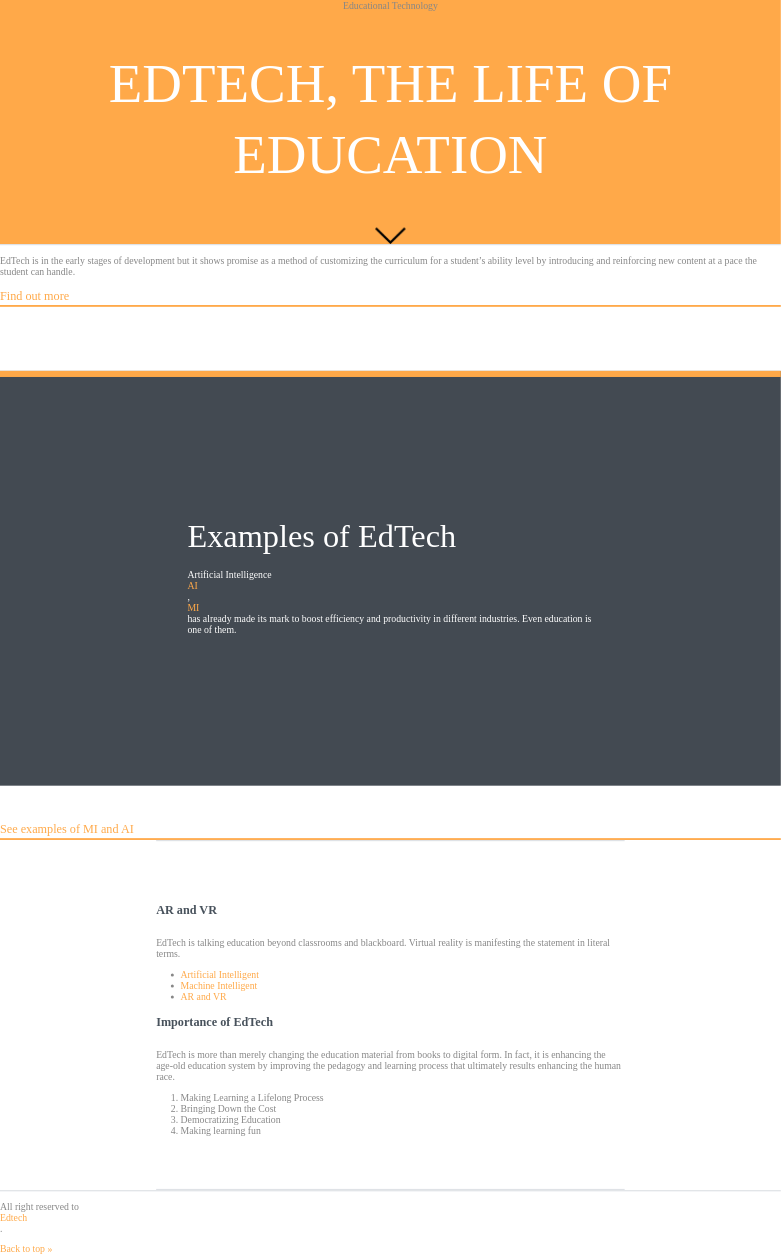
Repository: tunmishyi/edtech
Page: index.html
These files come from the project's save history. The page is drawn as it stood at one moment and after the next save; the edit follows.
The browser window is 1280 px wide. The pictures show the whole page, at 61% of full size.

Above is the page before, as saved 2020-06-12 01:56:43.

After the next save:
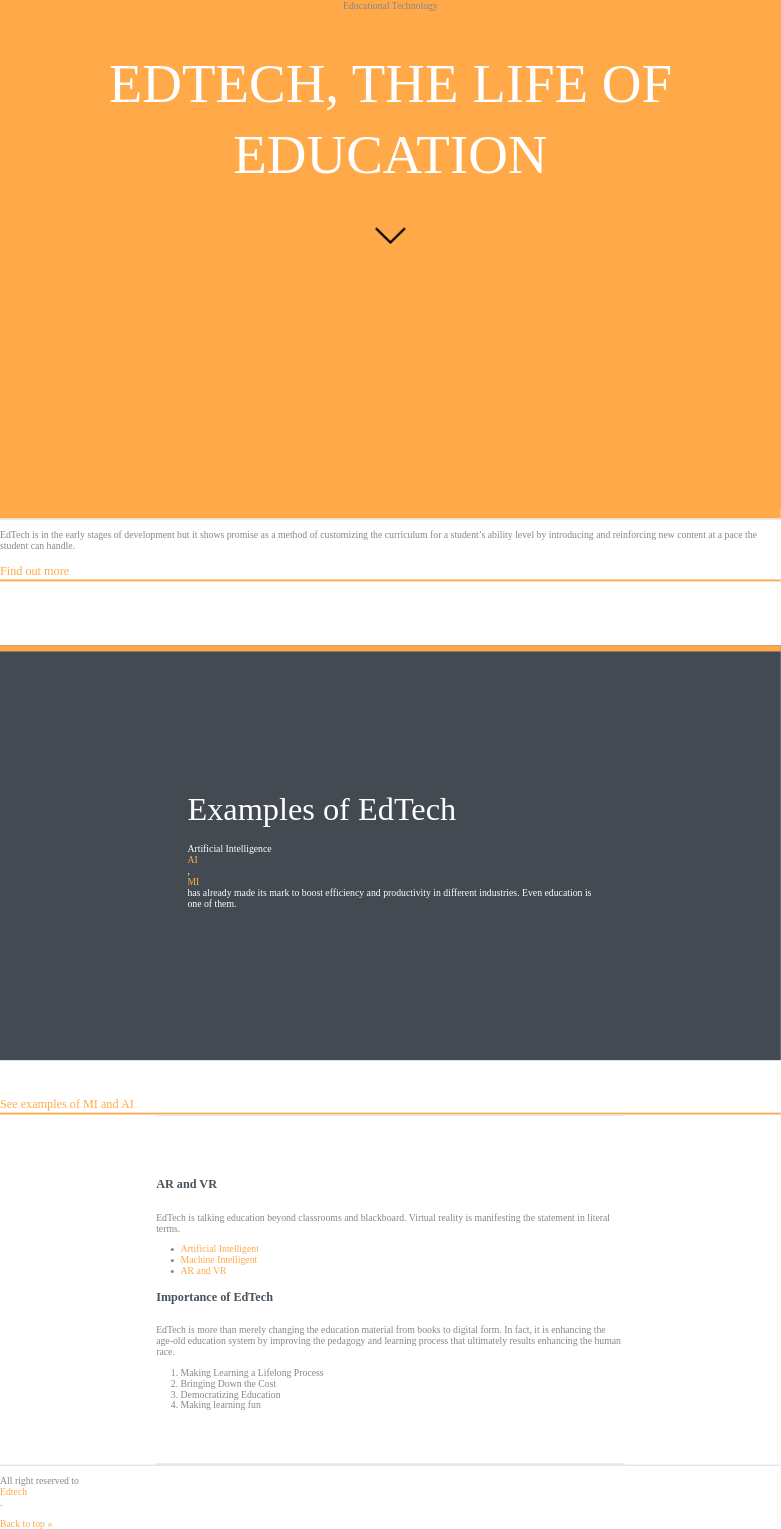
Saved 17 s later.
--- a/style.css
+++ b/style.css
@@ -58,7 +58,7 @@ h1 {
 
     .main-header {
         background-color: #ffa949;
-        he
+        height: 850px;
        }
 
     .title {
